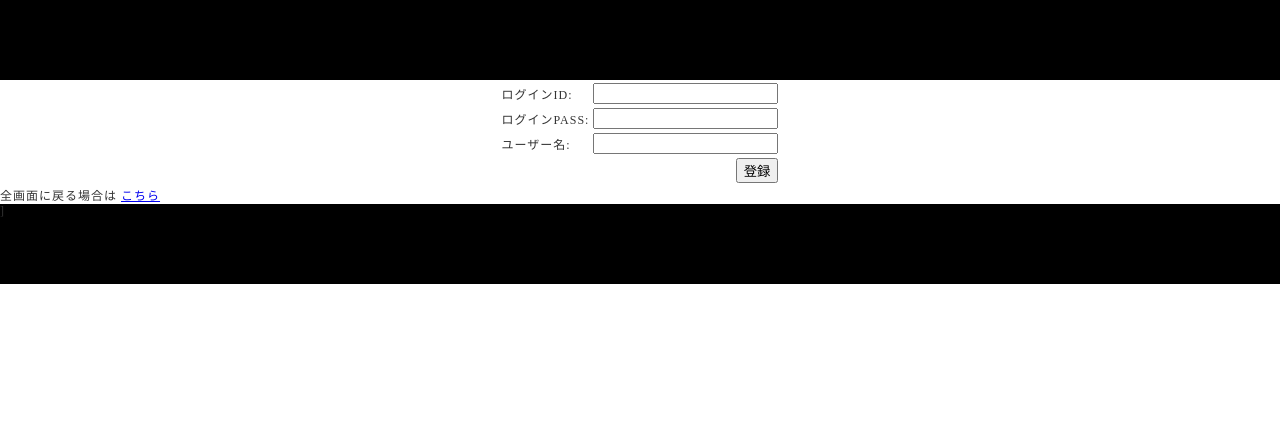
Repository: hiroki811/test
Page: http://localhost/template/userCreate.jsp
The author's editor kept a copy of each file at every save. The page is drawn from the files as they stood at one save, then again after the next save.
The browser window is 1280 px wide. The pictures show the whole page.
The page is served by Tomcat 9. Other server files are loaded and not shown.

Above is the page before, as saved 2018-04-17 06:05:54.

### template/WebContent/userCreate.jsp
<%@ page language="java" contentType="text/html; charset=UTF-8"
	pageEncoding="UTF-8"%>
<%@ taglib prefix="s" uri="/struts-tags"%>
<!DOCTYPE html>
<html>
<head>
<meta http-equiv="Content-Type" content="text/html; charset=utf-8" />
<meta http-equiv="Content-Style-Type" content="text/css" />
<meta http-equiv="Content-Script-Type" content="text/javascript" />
<meta http-equiv="imagetoolbar" content="no" />
<meta name="description" content="" />
<meta name="keywords" content="" />
<title>UserCreate画面</title>

<style type="text/css">
/*==================TAG LAYOUT===============*/
body {
	margin: 0;
	padding: 0; line-height1 .6;
	letter-spacing: 1px;
	fontd-family: Cerdana, Helvetica, Sans-sans-serif;
	font-size: 12px;
	color: #333;
	background: #fff;
}

table {
	text-align: cente;
	margin: 0 auto;
}

/*=====================ID LAYOUT=======================*/
#top {
	width: 780;
	margin: 30px auto;
	border: 1px solid #333;
}

#header {
	width: 100%;
	height: 80px;
	background-color: black;
}

main {
	width: 100%;
	height: 500px;
	text-align: center;
}

#footer {
	width: 100%;
	height: 80px;
	background-color: black;
	clear: both;
}
</style>

</head>
<body>
	<div id="header">
		<div id="pr"></div>
	</div>
	<div>
		<s:if test="errorMassage !=''">
			<s:property value="errorMassage"  escape="false"/>
		</s:if>

		<table>
			<s:form action="UserCreateConfirmAction">
				<tr>
					<td><label>ログインID:</label></td>
					<td><input type="text" name="loginUserId" value="" /></td>
				</tr>

				<tr>
					<td><label>ログインPASS:</label>
					<td><input type="text" name="loginPassword" value="" /></td>
				</tr>
				<tr>
					<td><label>ユーザー名:</label></td>
					<td><input type="text" name="userName" value="" /></td>
				</tr>
				<s:submit value="登録" />
			</s:form>
		</table>
		<div>
			<span>全画面に戻る場合は</span> <a href='<s:url action="HomeAction"/>'>こちら</a>
		</div>
	</div>
	<div id="footer">
		<div id="pr">]
		</div>
	</div>


</body>
</html>

After the next save:
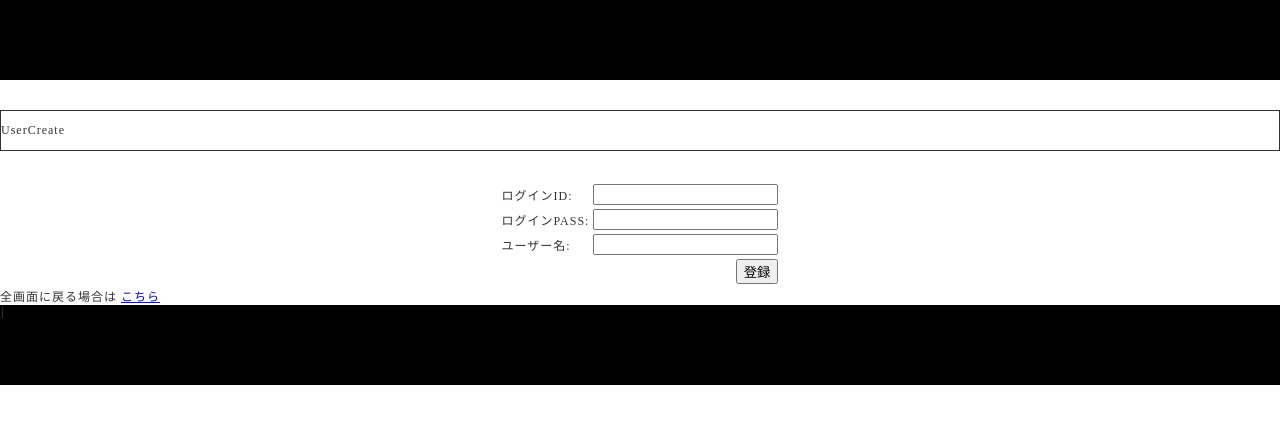
Saved 3 min 13 s later.
--- a/template/WebContent/userCreate.jsp
+++ b/template/WebContent/userCreate.jsp
@@ -61,36 +61,40 @@ main {
 	<div id="header">
 		<div id="pr"></div>
 	</div>
-	<div>
-		<s:if test="errorMassage !=''">
-			<s:property value="errorMassage"  escape="false"/>
-		</s:if>
+	<div id="main">
+		<div id="top">
+			<p>UserCreate</p>
+		</div>
+		<div>
+			<s:if test="errorMassage !=''">
+				<s:property value="errorMassage" escape="false" />
+			</s:if>
 
-		<table>
-			<s:form action="UserCreateConfirmAction">
-				<tr>
-					<td><label>ログインID:</label></td>
-					<td><input type="text" name="loginUserId" value="" /></td>
-				</tr>
+			<table>
+				<s:form action="UserCreateConfirmAction">
+					<tr>
+						<td><label>ログインID:</label></td>
+						<td><input type="text" name="loginUserId" value="" /></td>
+					</tr>
 
-				<tr>
-					<td><label>ログインPASS:</label>
-					<td><input type="text" name="loginPassword" value="" /></td>
-				</tr>
-				<tr>
-					<td><label>ユーザー名:</label></td>
-					<td><input type="text" name="userName" value="" /></td>
-				</tr>
-				<s:submit value="登録" />
-			</s:form>
-		</table>
-		<div>
-			<span>全画面に戻る場合は</span> <a href='<s:url action="HomeAction"/>'>こちら</a>
+					<tr>
+						<td><label>ログインPASS:</label>
+						<td><input type="text" name="loginPassword" value="" /></td>
+					</tr>
+					<tr>
+						<td><label>ユーザー名:</label></td>
+						<td><input type="text" name="userName" value="" /></td>
+					</tr>
+					<s:submit value="登録" />
+				</s:form>
+			</table>
+			<div>
+				<span>全画面に戻る場合は</span> <a href='<s:url action="HomeAction"/>'>こちら</a>
+			</div>
 		</div>
 	</div>
 	<div id="footer">
-		<div id="pr">]
-		</div>
+		<div id="pr">]</div>
 	</div>
 
 
